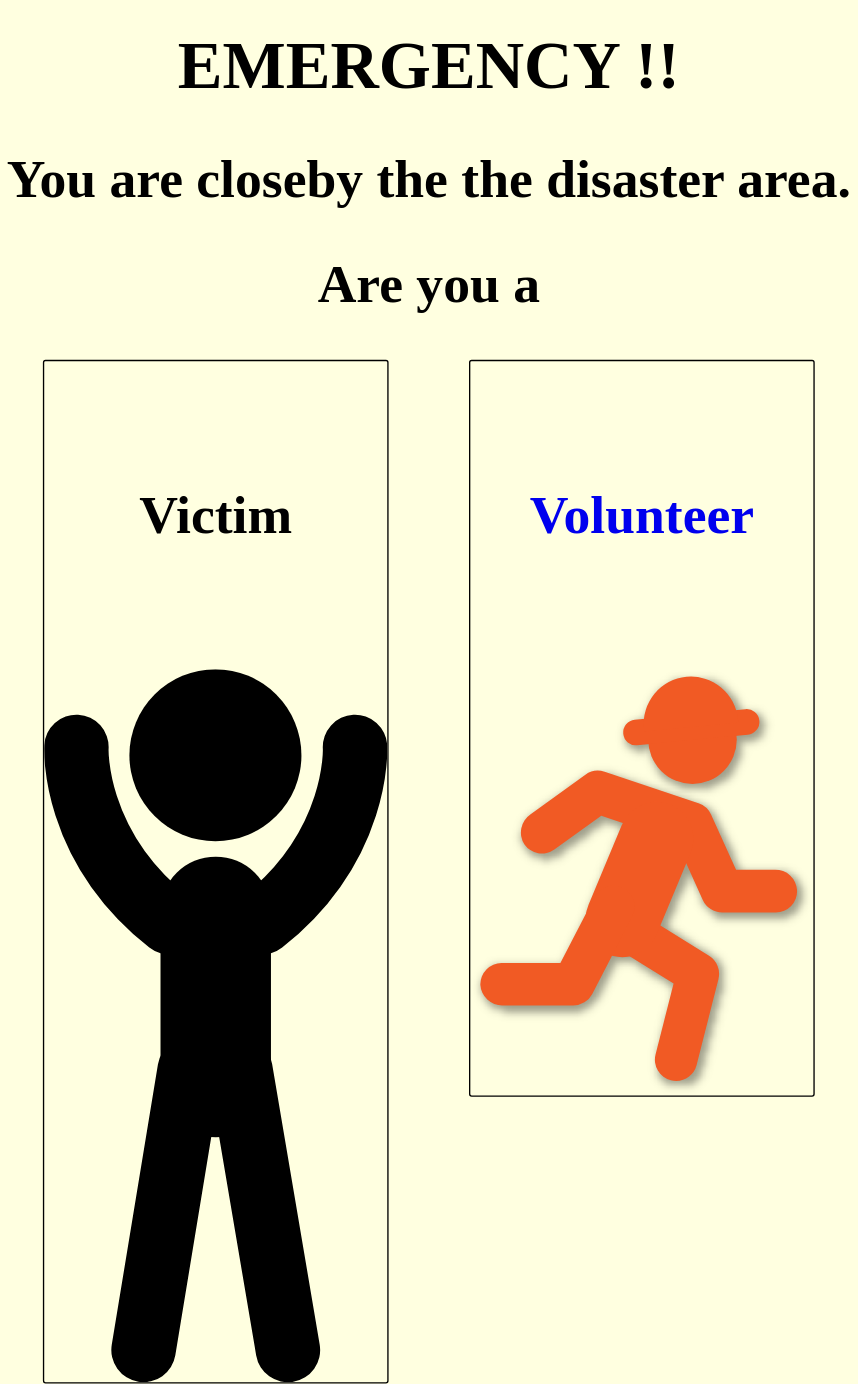
Repository: KittichoteKamalapirat/EMS-management-system
Page: http://localhost/
The author's editor kept a record of every edit. The page is drawn from the files as they stood at one moment, then again after the next edit.
The browser window is 1280 px wide. The pictures show the whole page, at 67% of full size.
Some web libraries are served in a nearby version. The page is served by the project's Node server (server.js).

Above is the page before.
Console error: ReferenceError: $ is not defined

After the next edit:
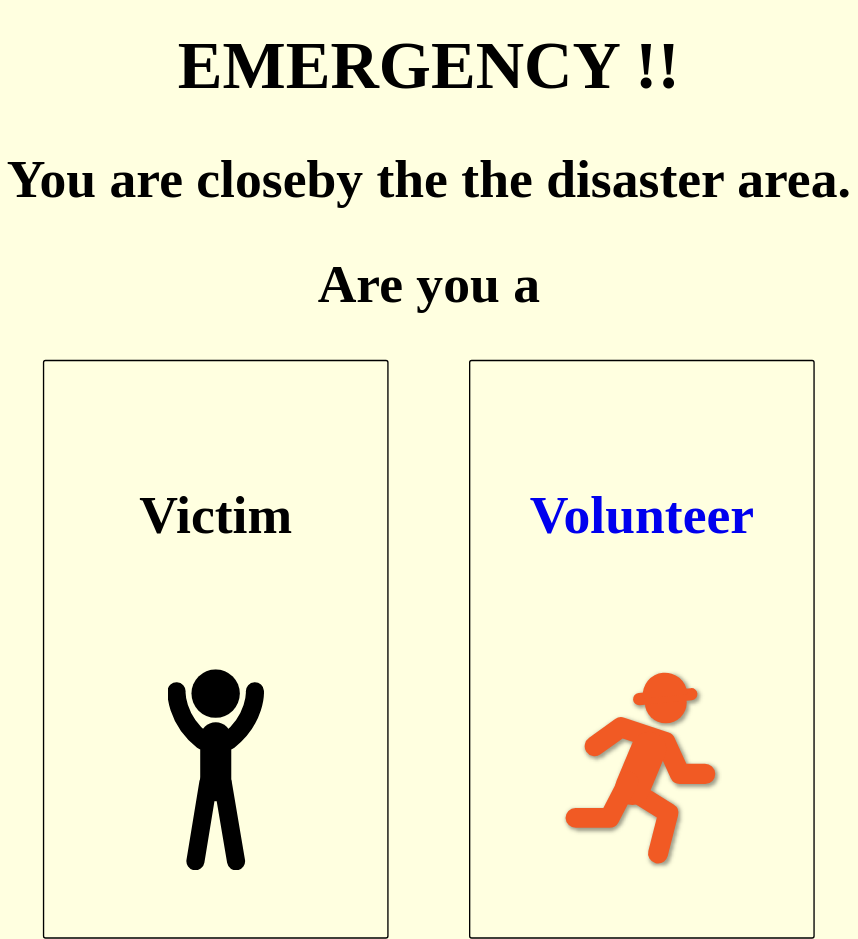
The edit:
--- a/public/css/index.css
+++ b/public/css/index.css
@@ -267,3 +267,8 @@
   background-color: rgb(0,113,188);
   box-shadow: 5px 5px 5px rgba(0, 0, 0, .5);
 }
+
+.people{
+  height: 300px;
+  margin-bottom: 100px;
+}
